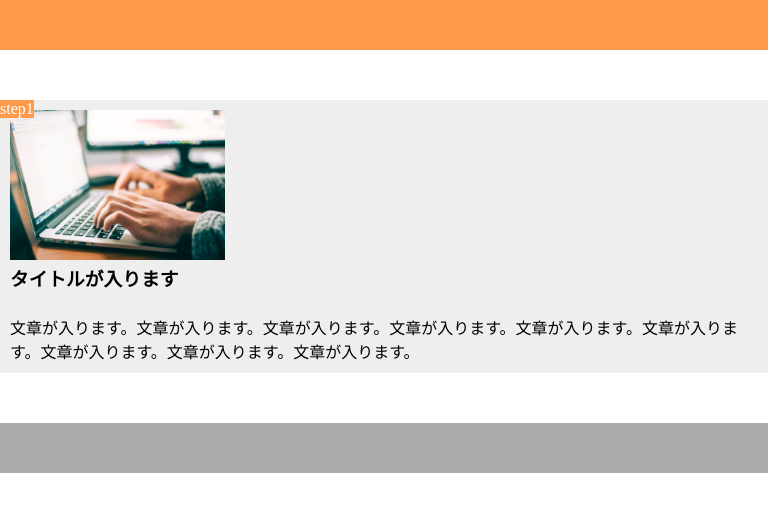
Repository: nashiworio1011/git-kadi1
Page: ennsyuu/chapter9.html
The author's editor kept a record of every edit. The page is drawn from the files as they stood at one moment, then again after the next edit.
The browser window is 768 px wide. The pictures show the whole page.

Above is the page before.

After the next edit:
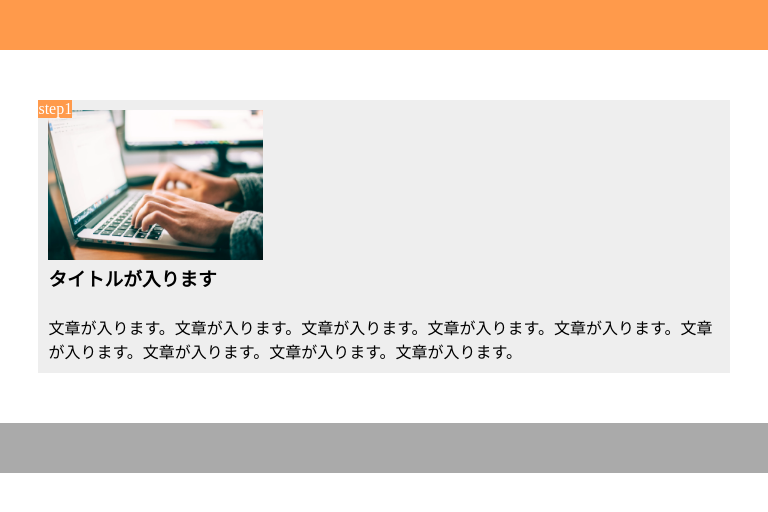
The edit:
--- a/ennsyuu/chapter9.css
+++ b/ennsyuu/chapter9.css
@@ -71,7 +71,8 @@
   }
 
   main {
-    width: 100%;
+    width: 90%;
+    margin-top: 50px;
     display: block;
   }
 
